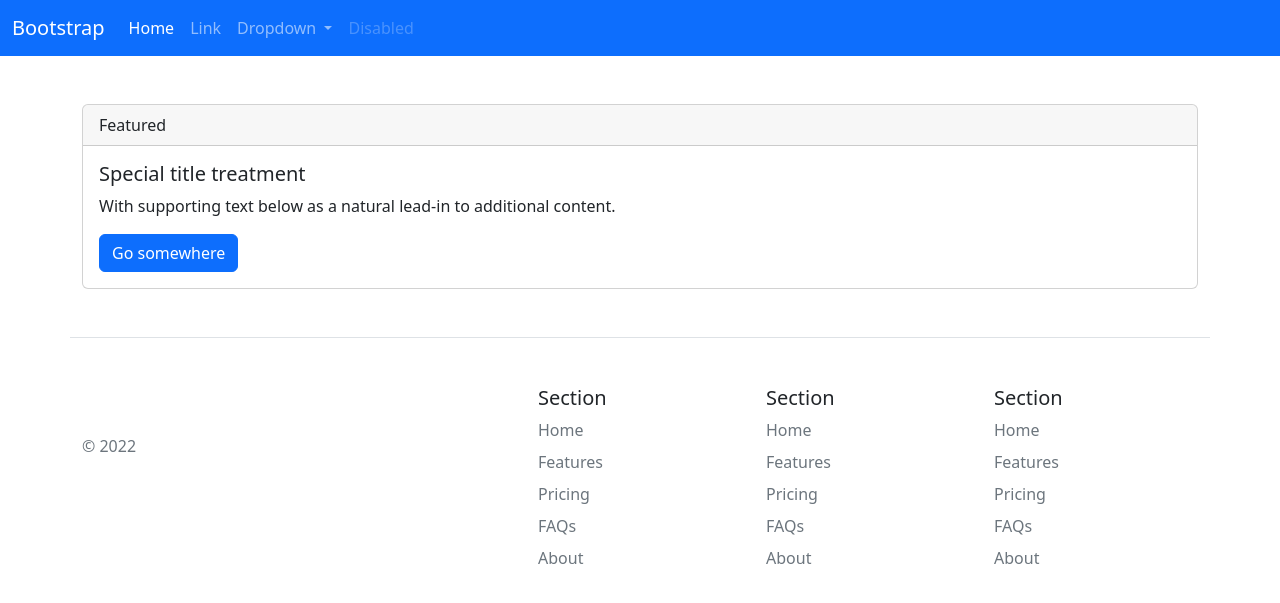
Repository: leosulzbach/Aula
Page: Bootstrap/bootstrap.html
These files come from the project's save history. The page is drawn as it stood at one moment and after the next save; the edit follows.
The browser window is 1280 px wide. The pictures show the whole page.

Above is the page before, as saved 2022-05-26 14:16:47.

### Bootstrap/bootstrap.html
<!DOCTYPE html>
<html lang="PT-BR">
<head>
    <meta charset="UTF-8">
    <meta http-equiv="X-UA-Compatible" content="IE=edge">
    <meta name="viewport" content="width=device-width, initial-scale=1.0">
    <link href="https://cdn.jsdelivr.net/npm/bootstrap@5.2.0-beta1/dist/css/bootstrap.min.css" rel="stylesheet" integrity="sha384-0evHe/X+R7YkIZDRvuzKMRqM+OrBnVFBL6DOitfPri4tjfHxaWutUpFmBp4vmVor" crossorigin="anonymous">
    <script src="https://cdn.jsdelivr.net/npm/bootstrap@5.2.0-beta1/dist/js/bootstrap.bundle.min.js" integrity="sha384-pprn3073KE6tl6bjs2QrFaJGz5/SUsLqktiwsUTF55Jfv3qYSDhgCecCxMW52nD2" crossorigin="anonymous"></script>
    <title>Bootstrap</title>
</head>
<body>
    <nav class="navbar navbar-expand-lg navbar-dark bg-primary">
        <div class="container-fluid">
          <a class="navbar-brand" href="#">Bootstrap</a>

          <button class="navbar-toggler" type="button" data-bs-toggle="collapse" data-bs-target="#navbarSupportedContent" aria-controls="navbarSupportedContent" aria-expanded="false" aria-label="Toggle navigation">
            <span class="navbar-toggler-icon"></span>
          </button>

          <div class="collapse navbar-collapse" id="navbarSupportedContent">
            <ul class="navbar-nav me-auto mb-2 mb-lg-0">
              <li class="nav-item">
                <a class="nav-link active" aria-current="page" href="#">Home</a>
              </li>
              <li class="nav-item">
                <a class="nav-link" href="#">Link</a>
              </li>

              <li class="nav-item dropdown">
                <a class="nav-link dropdown-toggle" href="#" id="navbarDropdown" role="button" data-bs-toggle="dropdown" aria-expanded="false">
                  Dropdown
                </a>
                <ul class="dropdown-menu" aria-labelledby="navbarDropdown">
                  <li><a class="dropdown-item" href="#">Action</a></li>
                  <li><a class="dropdown-item" href="#">Another action</a></li>
                  <li><hr class="dropdown-divider"></li>
                  <li><a class="dropdown-item" href="#">Something else here</a></li>
                </ul>
              </li>
              <li class="nav-item">
                <a class="nav-link disabled">Disabled</a>
              </li>
            </ul>

          </div>
        </div>
      </nav>

      <main class="container">

        <div class="card mt-5">
            <div class="card-header">
              Featured
            </div>
            <div class="card-body">
              <h5 class="card-title">Special title treatment</h5>
              <p class="card-text">With supporting text below as a natural lead-in to additional content.</p>
              <a href="#" class="btn btn-primary">Go somewhere</a>
            </div>
          </div>
      </main>



      <div class="container">
        <footer class="row row-cols-1 row-cols-sm-2 row-cols-md-5 py-5 my-5 border-top">
          <div class="col mb-3">
            <a href="/" class="d-flex align-items-center mb-3 link-dark text-decoration-none">
              <svg class="bi me-2" width="40" height="32"><use xlink:href="#bootstrap"></use></svg>
            </a>
            <p class="text-muted">© 2022</p>
          </div>

          <div class="col mb-3">

          </div>

          <div class="col mb-3">
            <h5>Section</h5>
            <ul class="nav flex-column">
              <li class="nav-item mb-2"><a href="#" class="nav-link p-0 text-muted">Home</a></li>
              <li class="nav-item mb-2"><a href="#" class="nav-link p-0 text-muted">Features</a></li>
              <li class="nav-item mb-2"><a href="#" class="nav-link p-0 text-muted">Pricing</a></li>
              <li class="nav-item mb-2"><a href="#" class="nav-link p-0 text-muted">FAQs</a></li>
              <li class="nav-item mb-2"><a href="#" class="nav-link p-0 text-muted">About</a></li>
            </ul>
          </div>

          <div class="col mb-3">
            <h5>Section</h5>
            <ul class="nav flex-column">
              <li class="nav-item mb-2"><a href="#" class="nav-link p-0 text-muted">Home</a></li>
              <li class="nav-item mb-2"><a href="#" class="nav-link p-0 text-muted">Features</a></li>
              <li class="nav-item mb-2"><a href="#" class="nav-link p-0 text-muted">Pricing</a></li>
              <li class="nav-item mb-2"><a href="#" class="nav-link p-0 text-muted">FAQs</a></li>
              <li class="nav-item mb-2"><a href="#" class="nav-link p-0 text-muted">About</a></li>
            </ul>
          </div>


          <div class="col mb-3">
            <h5>Section</h5>
            <ul class="nav flex-column">
              <li class="nav-item mb-2"><a href="#" class="nav-link p-0 text-muted">Home</a></li>
              <li class="nav-item mb-2"><a href="#" class="nav-link p-0 text-muted">Features</a></li>
              <li class="nav-item mb-2"><a href="#" class="nav-link p-0 text-muted">Pricing</a></li>
              <li class="nav-item mb-2"><a href="#" class="nav-link p-0 text-muted">FAQs</a></li>
              <li class="nav-item mb-2"><a href="#" class="nav-link p-0 text-muted">About</a></li>
            </ul>
          </div>
        </footer>
      </div>
</body>
</html>

After the next save:
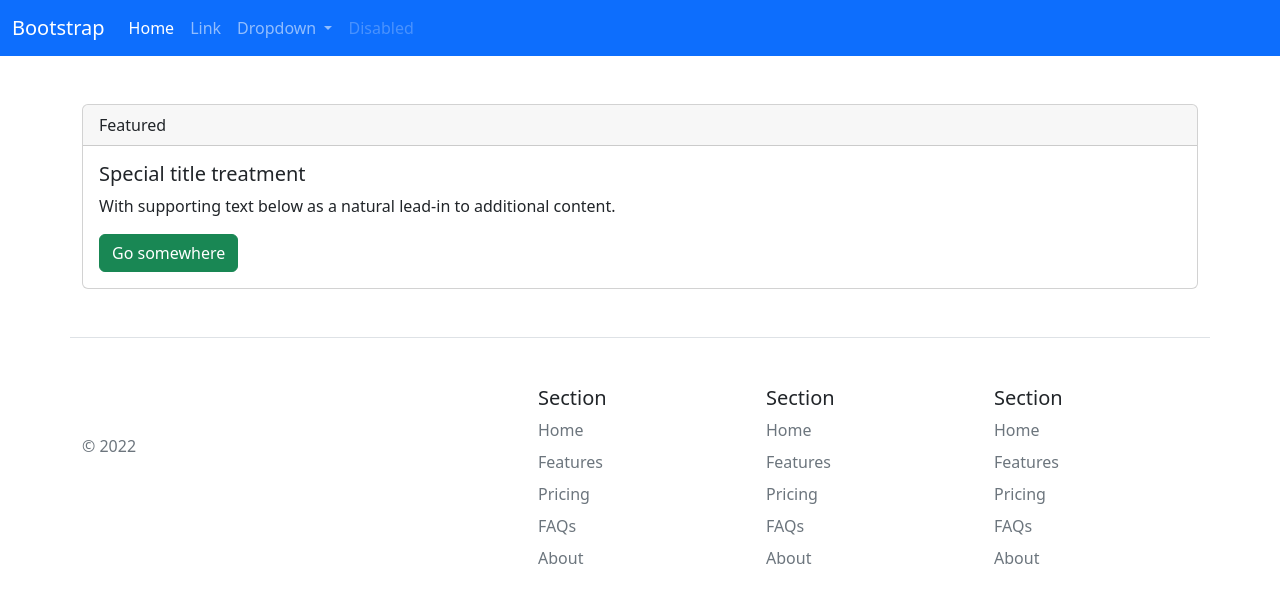
Saved 6 min 47 s later.
--- a/Bootstrap/bootstrap.html
+++ b/Bootstrap/bootstrap.html
@@ -55,7 +55,7 @@
             <div class="card-body">
               <h5 class="card-title">Special title treatment</h5>
               <p class="card-text">With supporting text below as a natural lead-in to additional content.</p>
-              <a href="#" class="btn btn-primary">Go somewhere</a>
+              <a href="#" class="btn btn-success">Go somewhere</a>
             </div>
           </div>
       </main>
